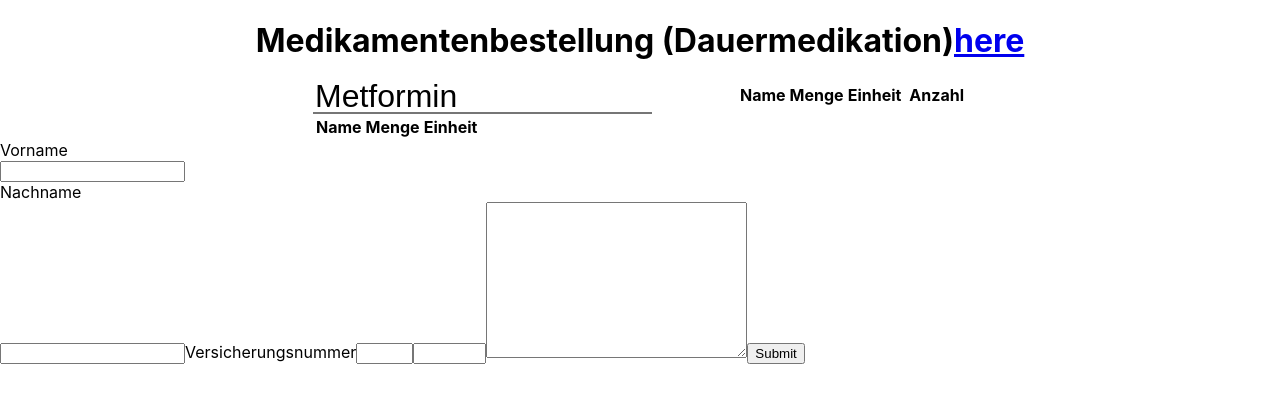
Repository: Esatollah/MedDemo
Page: / (app in client/)
An editor plug-in stored every save of this project. The page is shown before and after the next save, followed by the edit.
The browser window is 1280 px wide. The pictures show the whole page.
The page's requests for data from a server got no answer. The project was rebuilt for these pictures with package versions that can differ from the ones it lists, and the page was loaded fresh each time. No one was signed in, and anything a server would have sent is missing. Also part of the build but not shown: client/src/App.css, client/src/Routes/Bestellungen.jsx.

Above is the page before, as saved 2022-06-07 15:48:29.

After the next save:
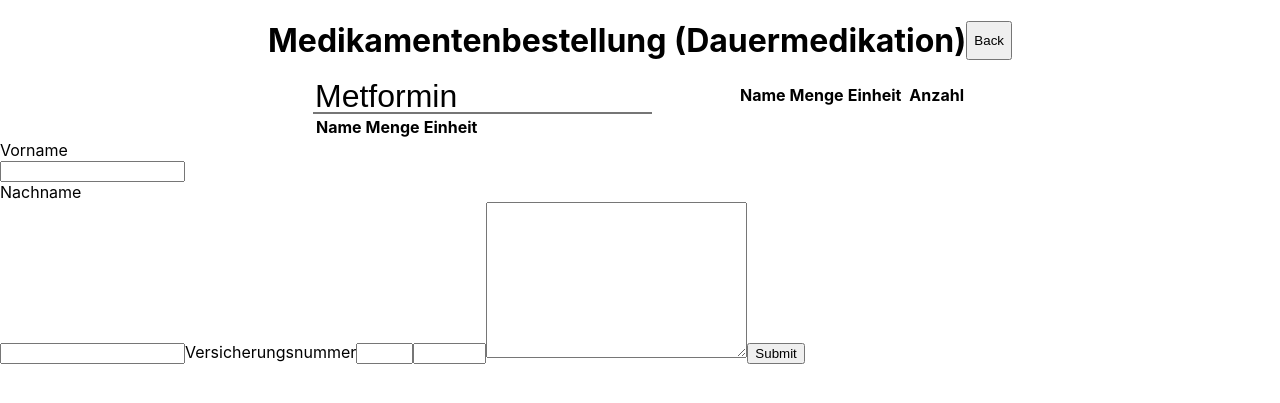
Saved 38 s later.
--- a/client/src/Routes/Search.jsx
+++ b/client/src/Routes/Search.jsx
@@ -64,7 +64,7 @@ const Search = () => {
 
   return (
     <>
-        <h1>Medikamentenbestellung (Dauermedikation)<a href='/bestellungen'> here</a></h1>
+        <h1>Medikamentenbestellung (Dauermedikation)<button onClick={() => navigate("/Bestellungen")}> Back</button></h1>
         <div className='order-box'>
 <div className='search-box'>
         <input type="search" placeholder="Suche" id="okhre" value={searchinput} onChange={e => setSearchinput(e.target.value)}/>
